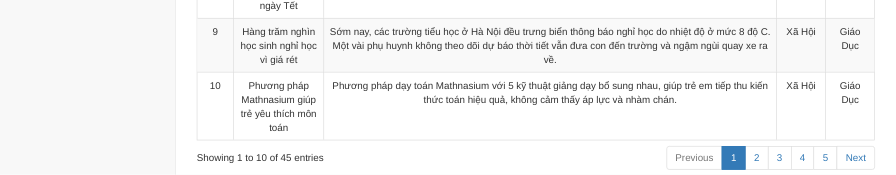
Repository: xuanthanh1998/LaravelWeb
Page: http://localhost/home
The author's editor kept a copy of each file at every save. The page is drawn from the files as they stood at one save, then again after the next save.
The browser window is 1280 px wide. The pictures show the part of the page from y = 951 to 2871 px (the page is 1201 px tall before and 4894 px after), at 70% of full size.
The page is served by the project's Laravel application, run on PHP 8.4 with Laravel 9. The first stored user is signed in. The database holds what the project's SQL file puts in it.

Above is the page before, as saved 2022-06-08 10:57:57.

After the next save:
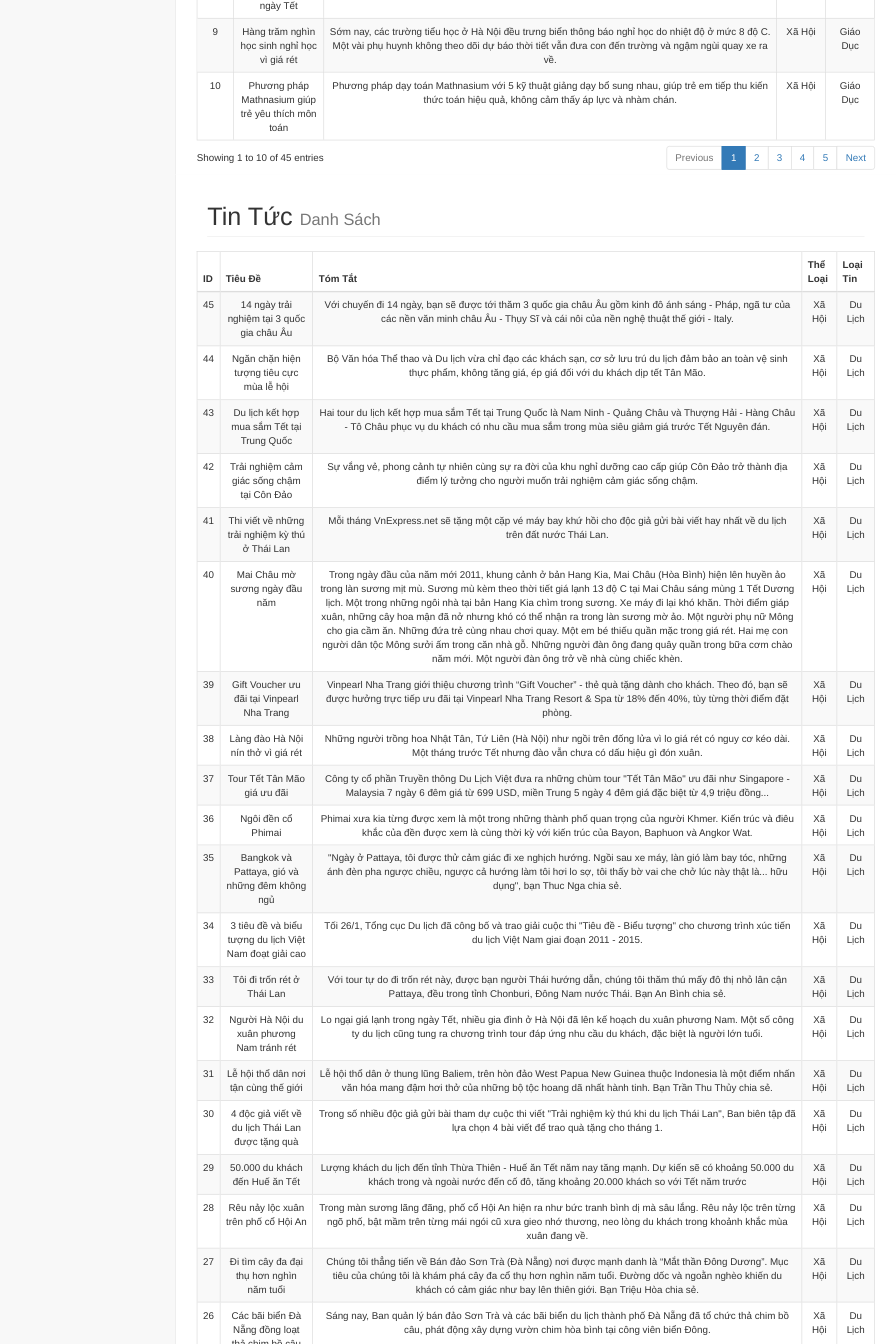
Saved 29 h 18 min later.
--- a/resources/views/home.blade.php
+++ b/resources/views/home.blade.php
@@ -43,4 +43,48 @@
             </div>
             <!-- /.container-fluid -->
         </div>
+
+        <div id="page-wrapper">
+            <div class="container-fluid">
+                <div class="row">
+                    <div class="col-lg-12">
+                        <h1 class="page-header">Tin Tức
+                            <small>Danh Sách</small>
+                        </h1>
+                    </div>
+                    <!-- /.col-lg-12 -->
+                    <table class="table table-striped table-bordered table-hover" id="dataTables-example">
+                        <thead>
+                            <tr align="center">
+                                <th>ID</th>
+                                <th>Tiêu Đề</th>
+                                <th>Tóm Tắt</th>
+                                <th>Thể Loại</th>
+                                <th>Loại Tin</th>
+
+
+                            </tr>
+                        </thead>
+                        <tbody>
+                            @foreach($tintuc as $tt)
+                            <tr class="odd gradeX" align="center">
+                                <td>{{$tt->id}}</td>
+                                <td>{{$tt->TieuDe}}
+
+                                </td>
+                                <td>{{$tt->TomTat}}</td>
+                                <td>{{$tt->LoaiTin->TheLoai->Ten}}</td>
+                                <td>{{$tt->LoaiTin->Ten}}</td>
+
+
+                            </tr>
+                            @endforeach
+
+                        </tbody>
+                    </table>
+                </div>
+                <!-- /.row -->
+            </div>
+            <!-- /.container-fluid -->
+        </div>
 @endsection
